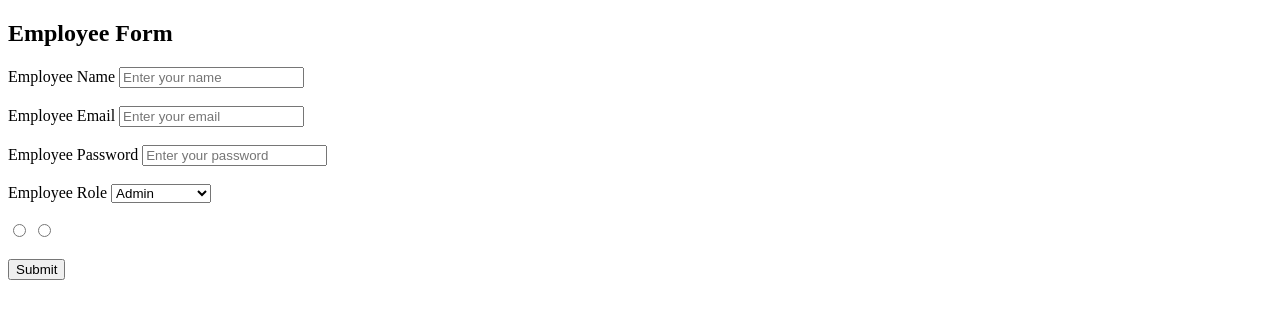
Repository: mrhpn/JavaEE--JSP-SERVLET
Page: JSP_JSTL/WebContent/employee-form.html
An editor plug-in stored every save of this project. The page is shown before and after the next save, followed by the edit.
The browser window is 1280 px wide. The pictures show the whole page.

Above is the page before, as saved 2021-04-01 07:36:08.

### JSP_JSTL/WebContent/employee-form.html
<!DOCTYPE html>
<html>
<head>
<meta charset="ISO-8859-1">
<title>Insert title here</title>
</head>
<body>
	<h2>Employee Form</h2>

	<form action="read-employee-form.jsp" method="GET">
		<label>Employee Name</label>
		<input type="text" name="employeeName" placeholder="Enter your name" required="required" />
		<br><br>

		<label>Employee Email</label>
		<input type="email" name="employeeEmail" placeholder="Enter your email" required="required" />
		<br><br>

		<label>Employee Password</label>
		<input type="password" name="employeePassword" placeholder="Enter your password" required="required" />
		<br><br>

		<label>Employee Role</label>
		<select name="employeeRole" required="required">
			<option disabled="disabled">Choose Role</option>
			<option value="admin">Admin</option>
			<option value="manager">Manager</option>
			<option value="staff">Staff</option>
		</select>
		<br><br>

		<input type="radio" name="employeeGender" value="Male" required="required"/>
		<input type="radio" name="employeeGender" value="Female" required="required"/>
		<br><br>

		<input type="submit" value="Submit" />
	</form>

</body>
</html>

After the next save:
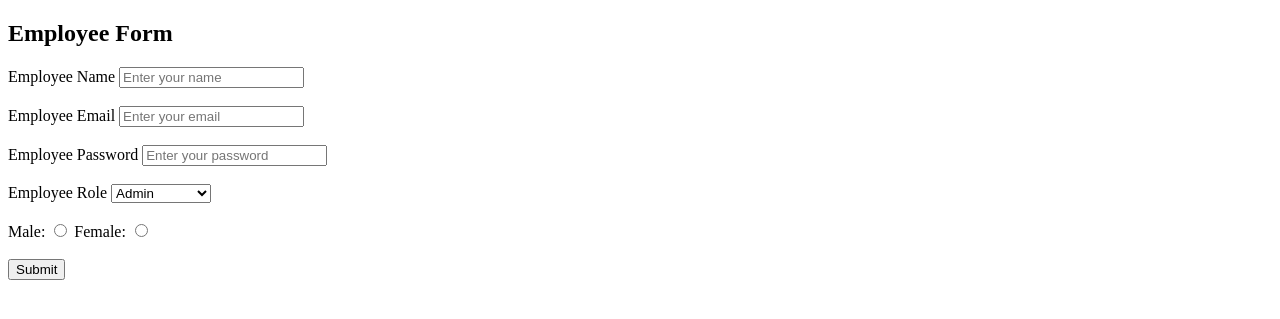
Saved 25 s later.
--- a/JSP_JSTL/WebContent/employee-form.html
+++ b/JSP_JSTL/WebContent/employee-form.html
@@ -29,8 +29,8 @@
 		</select>
 		<br><br>
 
-		<input type="radio" name="employeeGender" value="Male" required="required"/>
-		<input type="radio" name="employeeGender" value="Female" required="required"/>
+		Male: <input type="radio" name="employeeGender" value="Male" required="required"/>
+		Female: <input type="radio" name="employeeGender" value="Female" required="required"/>
 		<br><br>
 
 		<input type="submit" value="Submit" />
